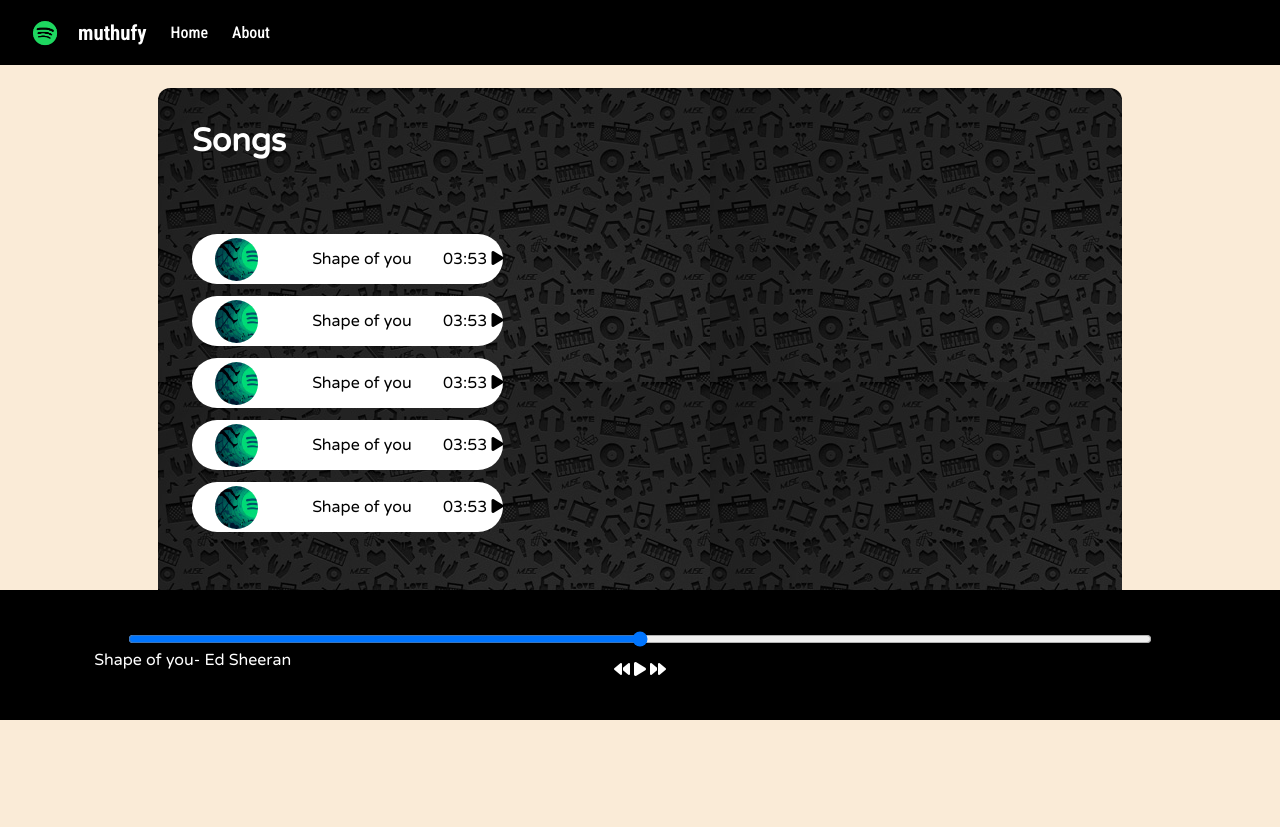
Repository: MBS-Muthiah/Spotify_clone
Page: index.html
An editor plug-in stored every save of this project. The page is shown before and after the next save, followed by the edit.
The browser window is 1280 px wide. The pictures show the whole page.
Some web libraries are served in a nearby version.

Above is the page before, as saved 2024-06-24 14:02:22.

After the next save:
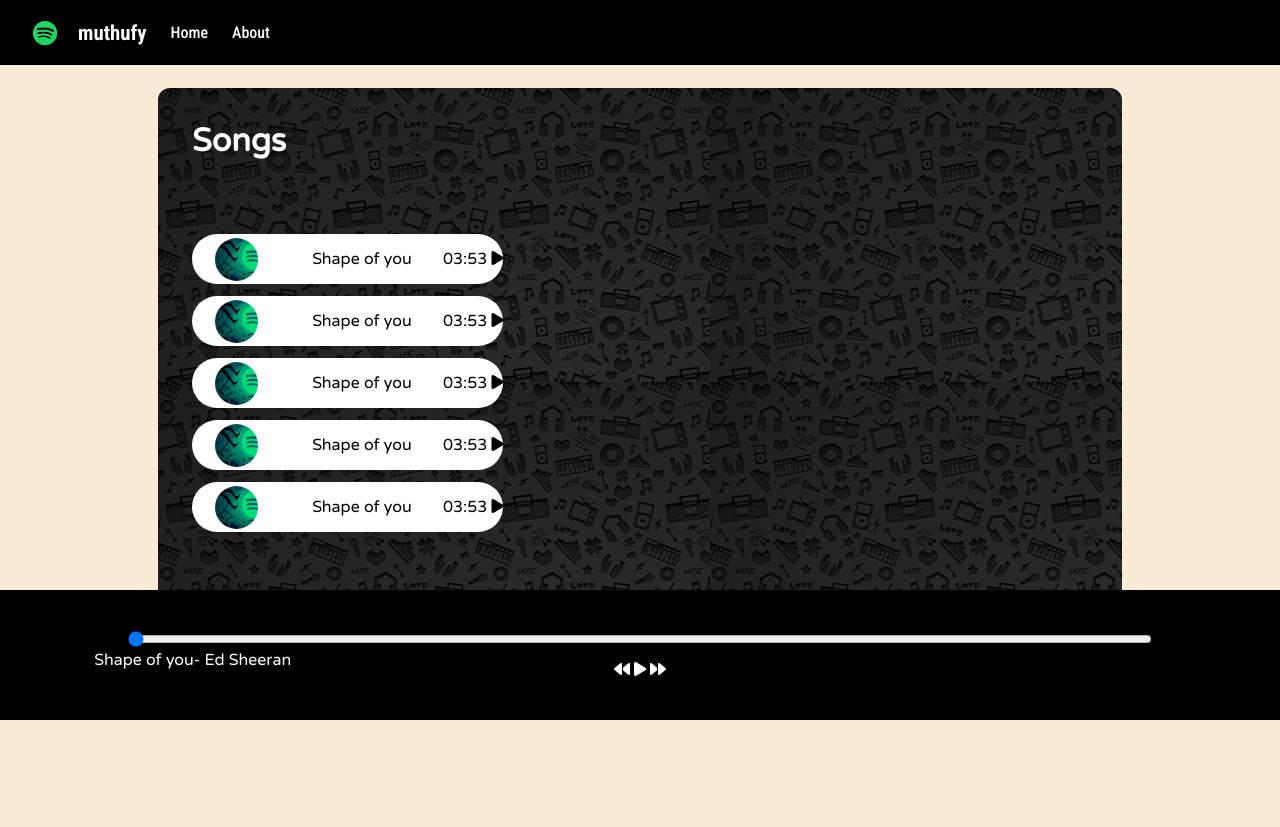
Saved 23 s later.
--- a/index.html
+++ b/index.html
@@ -51,7 +51,7 @@
     </div>
 
     <div class="bottom">
-        <input type="range" name="range" id="myProgressBar" min="0" max="100">
+        <input type="range" name="range" id="myProgressBar" min="0" value="0" max="100">
         <div class="icons">
             <!--fontawesome icons-->
 
